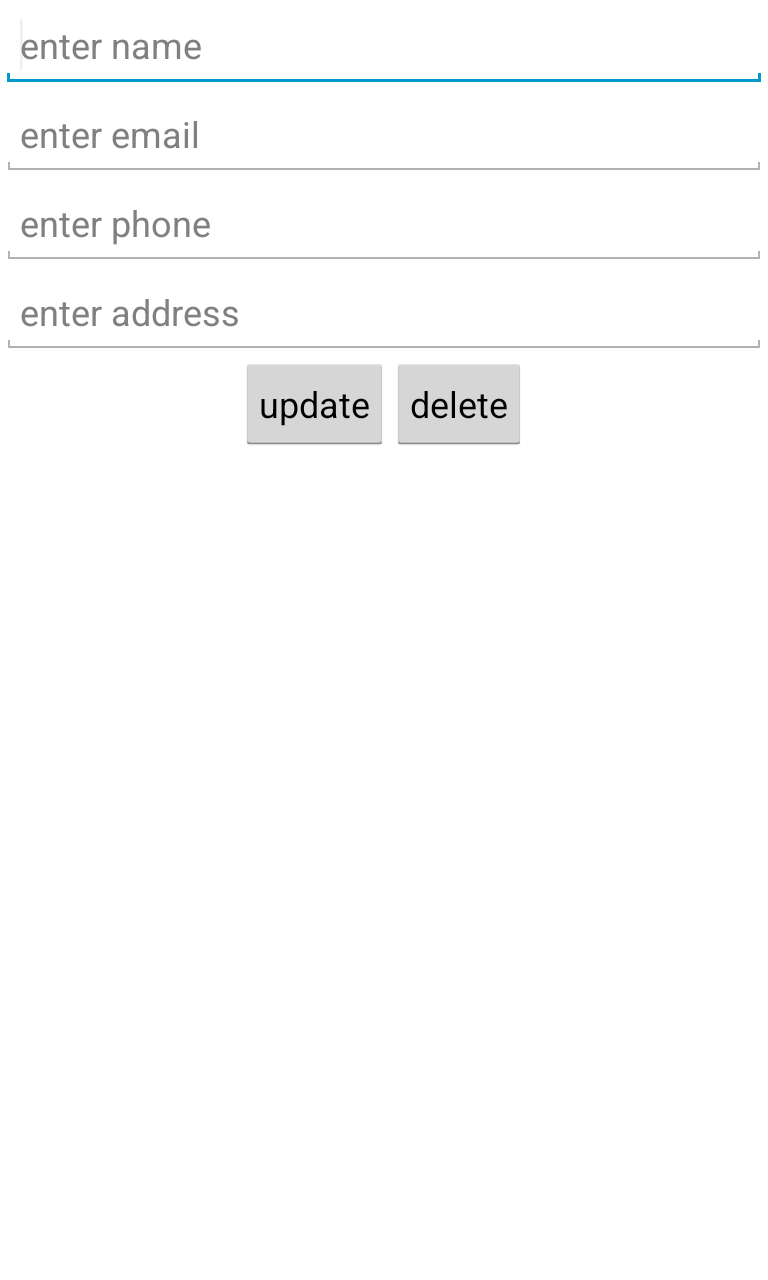
Repository: droidexample/some-practises-sample-example
Layout: VollayWebServiceDemo/res/layout/activity_update.xml
These files come from the project's save history. The layout is drawn as it stood at one moment and after the next save; the edit follows.
It is drawn on a 768 x 1280 px phone screen (xhdpi) without system bars, with theme AppTheme; the app's code is not run.

Above is the layout before, as saved 2015-06-20 23:12:35.

### VollayWebServiceDemo/res/layout/activity_update.xml
<LinearLayout xmlns:android="http://schemas.android.com/apk/res/android"
    android:layout_width="fill_parent"
    android:layout_height="fill_parent"
    android:orientation="vertical" >

    <EditText
        android:id="@+id/upName"
        android:layout_width="match_parent"
        android:layout_height="wrap_content"
        android:ems="10"
        android:hint="enter name"
        android:inputType="textPersonName"
        android:padding="10dp" >

        <requestFocus />
    </EditText>

    <EditText
        android:id="@+id/upEmail"
        android:layout_width="match_parent"
        android:layout_height="wrap_content"
        android:ems="10"
        android:hint="enter email"
        android:inputType="textEmailAddress"
        android:padding="10dp" />

    <EditText
        android:id="@+id/upPhone"
        android:layout_width="match_parent"
        android:layout_height="wrap_content"
        android:ems="10"
        android:hint="enter phone"
        android:inputType="phone"
        android:padding="10dp" />

    <EditText
        android:id="@+id/upAddress"
        android:layout_width="match_parent"
        android:layout_height="wrap_content"
        android:ems="10"
        android:hint="enter address"
        android:inputType="textPersonName"
        android:padding="10dp" />

    <LinearLayout
        android:layout_width="match_parent"
        android:layout_height="wrap_content"
        android:gravity="center" >

        <Button
            android:id="@+id/btnUpdate"
            android:layout_width="wrap_content"
            android:layout_height="wrap_content"
            android:onClick="create"
            android:padding="10dp"
            android:text="update" />

        <Button
            android:id="@+id/btnDelete"
            android:layout_width="wrap_content"
            android:layout_height="wrap_content"
            android:onClick="show"
            android:padding="10dp"
            android:text="delete" />


    </LinearLayout>

</LinearLayout>

Loaded but not shown: VollayWebServiceDemo/res/values/styles.xml (common file); VollayWebServiceDemo/res/values-v11/styles.xml (common file); VollayWebServiceDemo/res/values-v14/styles.xml (common file)

After the next save:
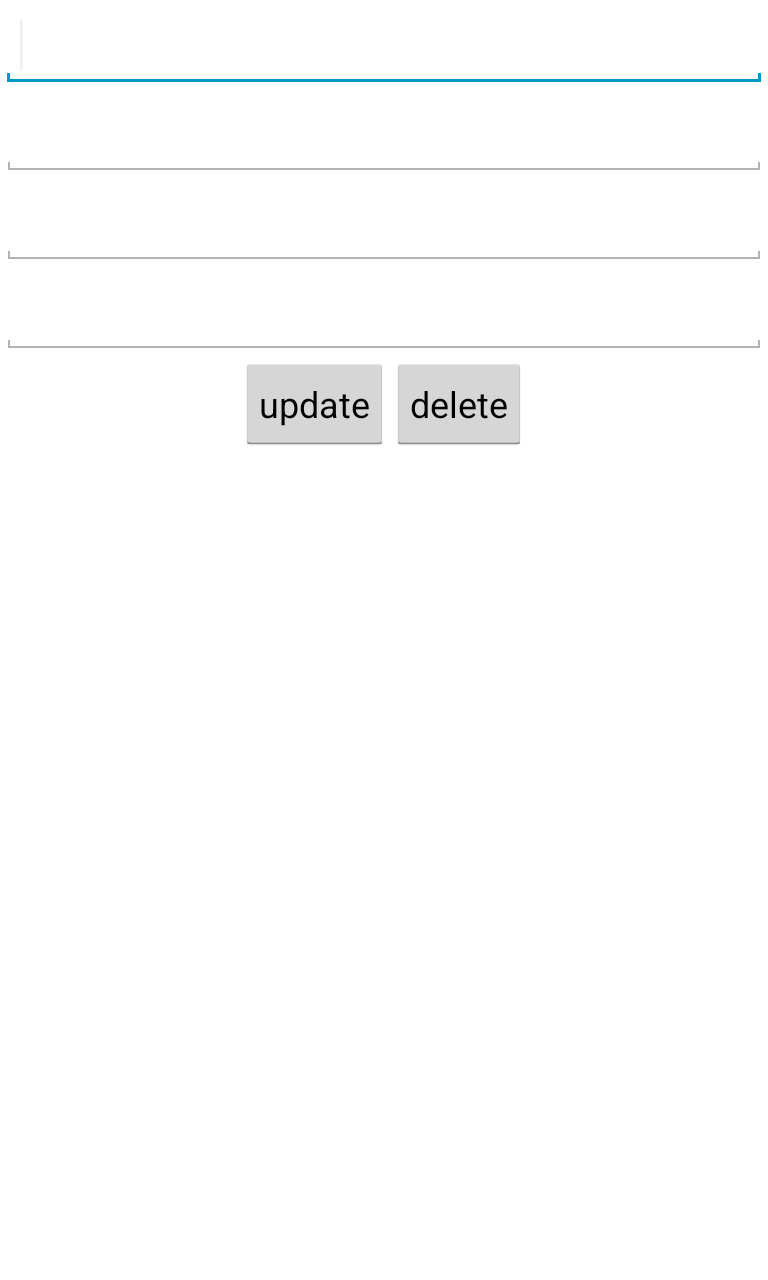
Saved 20 s later.
--- a/VollayWebServiceDemo/res/layout/activity_update.xml
+++ b/VollayWebServiceDemo/res/layout/activity_update.xml
@@ -8,7 +8,6 @@
         android:layout_width="match_parent"
         android:layout_height="wrap_content"
         android:ems="10"
-        android:hint="enter name"
         android:inputType="textPersonName"
         android:padding="10dp" >
 
@@ -20,7 +19,6 @@
         android:layout_width="match_parent"
         android:layout_height="wrap_content"
         android:ems="10"
-        android:hint="enter email"
         android:inputType="textEmailAddress"
         android:padding="10dp" />
 
@@ -29,7 +27,6 @@
         android:layout_width="match_parent"
         android:layout_height="wrap_content"
         android:ems="10"
-        android:hint="enter phone"
         android:inputType="phone"
         android:padding="10dp" />
 
@@ -38,7 +35,6 @@
         android:layout_width="match_parent"
         android:layout_height="wrap_content"
         android:ems="10"
-        android:hint="enter address"
         android:inputType="textPersonName"
         android:padding="10dp" />
 
@@ -62,8 +58,6 @@
             android:onClick="show"
             android:padding="10dp"
             android:text="delete" />
-
-
     </LinearLayout>
 
 </LinearLayout>
